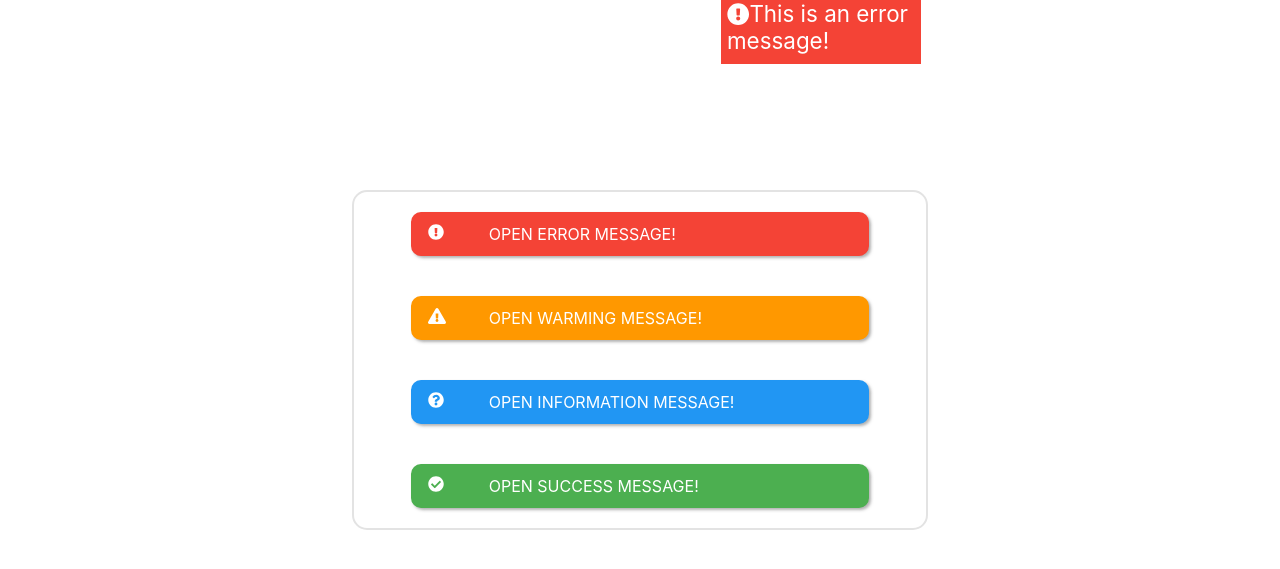
Repository: KrzysKolo/sr_tydzien5_zad2
Page: /, after clicking the first element matching `div.btn`
An editor plug-in stored every save of this project. The page is shown before and after the next save, followed by the edit.
The browser window is 1280 px wide. The pictures show the whole page.
The project was rebuilt for these pictures with package versions that can differ from the ones it lists, and the page was loaded fresh each time.

Above is the page before, as saved 2020-12-28 04:05:41.

### public/index.html
<!DOCTYPE html>
<html lang="en">
  <head>
    <meta charset="utf-8" />
    <link rel="icon" href="%PUBLIC_URL%/favicon.ico" />
    <meta name="viewport" content="width=device-width, initial-scale=1" />
    <meta name="theme-color" content="#000000" />
    <meta
      name="description"
      content="Web site created using create-react-app"
    />
    <link rel="apple-touch-icon" href="%PUBLIC_URL%/logo192.png" />
    <!--
      manifest.json provides metadata used when your web app is installed on a
      user's mobile device or desktop. See https://developers.google.com/web/fundamentals/web-app-manifest/
    -->
    <link rel="manifest" href="%PUBLIC_URL%/manifest.json" />
    <!--
      Notice the use of %PUBLIC_URL% in the tags above.
      It will be replaced with the URL of the `public` folder during the build.
      Only files inside the `public` folder can be referenced from the HTML.

      Unlike "/favicon.ico" or "favicon.ico", "%PUBLIC_URL%/favicon.ico" will
      work correctly both with client-side routing and a non-root public URL.
      Learn how to configure a non-root public URL by running `npm run build`.
    -->
    <title>Zad 2 - snackbar</title>
  </head>
  <body>
    <noscript>You need to enable JavaScript to run this app.</noscript>
    <div id="root"></div>
    <!--
      This HTML file is a template.
      If you open it directly in the browser, you will see an empty page.

      You can add webfonts, meta tags, or analytics to this file.
      The build step will place the bundled scripts into the <body> tag.

      To begin the development, run `npm start` or `yarn start`.
      To create a production bundle, use `npm run build` or `yarn build`.
    -->
  </body>
</html>

### src/App.js
import React from 'react';
import Buttons from './components/Buttons';
import './App.css';
const App = () => {
  return (
    <div className="wrapper--btn">
      <Buttons />
    </div>
  )
}

export default App;

### src/components/Buttons.js
import React from 'react';
import ButtonsData from './../data/ButtonsData';
import Button from './Button';


const Buttons = () => {

    return (
        <>
            {ButtonsData.map(button =>
                <Button key={button.id} data={button} />
            )}

        </>
    )
}

export default Buttons;

### src/App.css
* {
  box-sizing: border-box;
  margin: 0;
  position: relative;
}
body {
  width: 100vw;
  height: 100vh;
  display: flex;
  flex-direction: row;
  justify-content: center;
  align-items: center;
}
.wrapper--btn {
  border: 2px solid #e3e3e3;
  border-radius: 15px;
  width: 45vw;
  display: flex;
  flex-direction: column;
  justify-content: center;
  align-items: center;
}
.btn {
  border-radius: 10px;
  color: rgb(240, 239, 244);
  cursor: pointer;
  outline: none;
  padding: 10px 15px;
  margin: 20px;
  width: 80%;
  display: grid;
  grid-template-columns: 0.5fr 3fr;
  box-shadow: 2px 2px 3px rgba(102, 102, 102, 0.5);
  transition: all 0.3s ease-in-out;
}
.snackbar {
  position: absolute;
  font-size: 1.4rem;
  width: 200px;
  padding: 10px 6px;
}
.error {
  color: white;
  background: rgb(244, 67, 54);
}

.success {
  color: rgb(124, 0, 0);
  background: rgb(76, 175, 80);
}
.information {
  color: yellow;
  background: rgb(33, 150, 243);
}

.warning {
  background: rgb(255, 152, 0);
  color: black;
}
.top-right {
  position: absolute;
  top: -60%;
  right: 5px;
}

### src/data/ButtonsData.js
const ButtonsData = [
    {
      id: 0,
      name: "OPEN ERROR MESSAGE!",
      color: "rgb(244, 67, 54)",
      icon: "faExclamationCircle",
      type: "error",
      message: "This is an error message!",
    },
    {
      id: 1,
      name: "OPEN WARMING MESSAGE!",
      color: "rgb(255, 152, 0)",
      icon: "faExclamationTriangle",
      type: "warning",
      message: "This is a warning message!",
    },
    {
      id: 2,
      name: "OPEN INFORMATION MESSAGE!",
      color: "rgb(33, 150, 243)",
      icon: "faQuestionCircle",
      type: "information",
      message: "This is an information message!",
    },
    {
      id: 3,
      name: "OPEN SUCCESS MESSAGE!",
      color: "rgb(76, 175, 80)",
      icon: "faCheckCircle",
      type: "success",
      message: "This is a success message!",
    },

  ]
 export default ButtonsData;

### src/components/Button.js
import React, { useState } from 'react';
import Icons from './Icons';
import Snackbar from './Snackbar';


const Button = ({data } ) => {

    const [isHover, setIsHover] = useState(false);
    const OutStyle = {
        border: `2px solid ${data.color}`,
        background: data.color,
        color: "#fff",
      };

      const OverStyle = {
        border: `2px solid ${data.color}`,
        backgroundColor: "#fff",
        color: data.color,

      };
    const [shownSnackbar, setShownSnackbar] = useState(false);
    const handleClick = () => {

        setShownSnackbar(true);

    };
    return (
        <>

        <div className="btn"
        /* onClick={() => switchFunction(event)} */
        onClick={handleClick}
        style={isHover ? OverStyle : OutStyle}
        onMouseOver={() => setIsHover(true)}
        onMouseOut={() => setIsHover(false)}>
            <Icons icon={data.icon}/>
             {data.name}
        </div>
        {shownSnackbar && <Snackbar type={data.type} position={"top-right"} message={data.message} icon={data.icon} />}
        </>
    )
}

export default Button;

### src/components/Icons.js
import React from 'react';
import { FontAwesomeIcon } from '@fortawesome/react-fontawesome';
import { faCheckCircle, faQuestionCircle, faExclamationTriangle, faExclamationCircle } from '@fortawesome/free-solid-svg-icons';

const Icons = ({icon}) => {

        switch (icon) {
            case 'faExclamationCircle': return <FontAwesomeIcon icon={faExclamationCircle} />;
            case 'faExclamationTriangle': return <FontAwesomeIcon icon={faExclamationTriangle} />;
            case 'faQuestionCircle': return <FontAwesomeIcon icon={faQuestionCircle} />;
            case 'faCheckCircle': return <FontAwesomeIcon icon={faCheckCircle} />;
            default: return null;
            }



}

export default Icons;

### src/components/Snackbar.js
import React from 'react';
import Icons from './Icons';
const Snackbar = ({type, message, icon, position}) => {
    return (
        <div className={`snackbar ${type} ${position}`}>
           <Icons icon={icon} />{message}
        </div>
    )
}

export default Snackbar

Loaded but not shown: src/index.js (common file); src/index.css (common file)

After the next save:
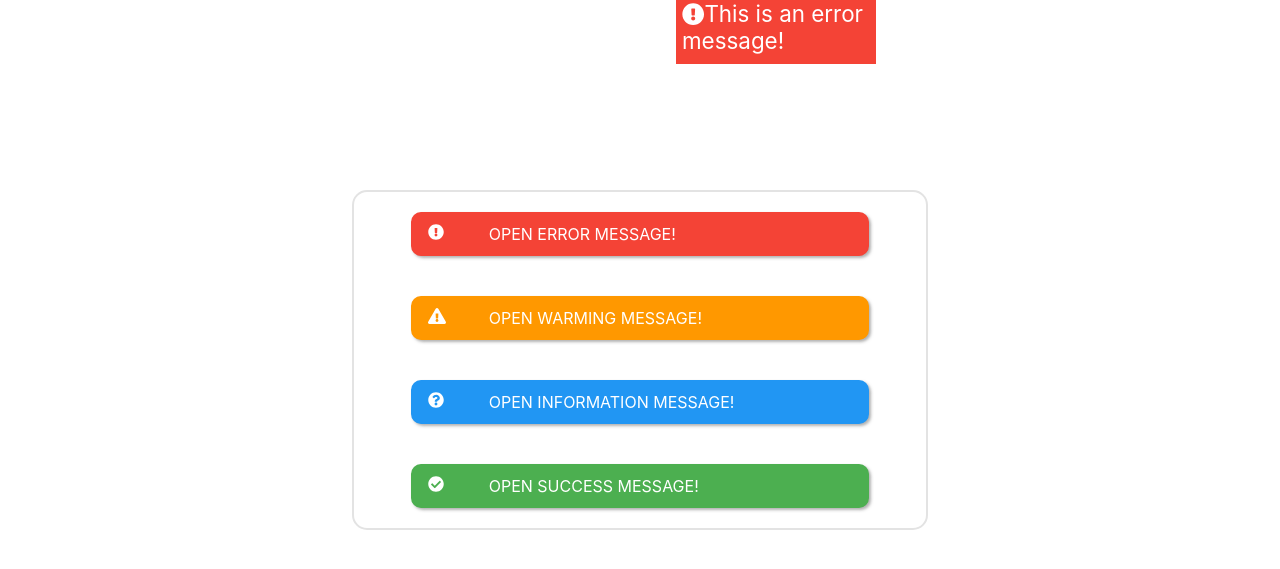
Saved 19 s later.
--- a/src/App.css
+++ b/src/App.css
@@ -60,5 +60,5 @@ body {
 .top-right {
   position: absolute;
   top: -60%;
-  right: 5px;
+  right: 50px;
 }
